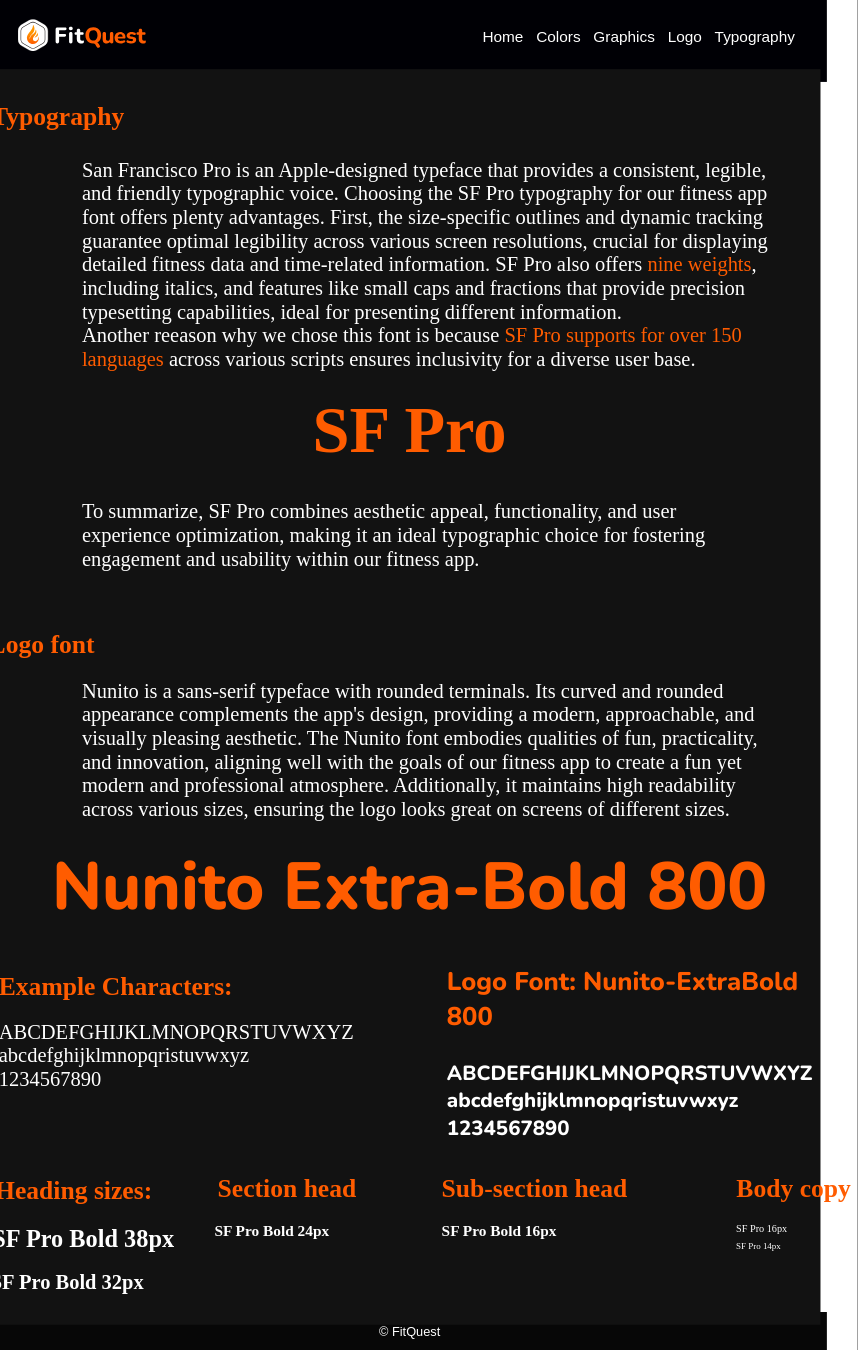
Repository: KyannaKrueger/a5styleguide
Page: /typography
The author's editor kept a copy of each file at every save. The page is drawn from the files as they stood at one save, then again after the next save.
The browser window is 1280 px wide. The page is 1340 px wide, so the pictures cover 1340 px, including what lies to the right of the window. The pictures show the whole page, at 64% of full size.
The project was rebuilt for these pictures with package versions that can differ from the ones it lists, and the page was loaded fresh each time. The framework's server and built-in components were replaced by stand-ins that run in the browser. Also part of the build but not shown: next.config.mjs.

Above is the page before, as saved 2024-04-09 11:09:50.

### pages/typography.js
import styles from "@/styles/typography.module.css";
import Header from "@/components/Header";
import Footer from "@/components/Footer";
import Head from 'next/head';

export default function Typography() {
    return (
      <>
      <Head>
        <title>Your Page Title</title>
        <link rel="preconnect" href="https://fonts.googleapis.com" />
        <link rel="preconnect" href="https://fonts.gstatic.com" crossOrigin="true" />
        <link href="https://fonts.googleapis.com/css2?family=Nunito:ital,wght@0,200..1000;1,200..1000&display=swap" rel="stylesheet" />
      </Head>
      <Header/>
        <main className={styles.typography}>
        <h1 className={styles.typoTitle}>Typography</h1>
        <p className={styles.typoText}>San Francisco Pro is an Apple-designed typeface that provides a consistent, legible, and friendly typographic voice.

            Choosing the SF Pro typography for our fitness app font offers plenty advantages. First, the size-specific outlines and dynamic tracking guarantee optimal legibility across various screen resolutions, crucial for displaying detailed fitness data and time-related information.

            SF Pro also offers <span className={styles.orange}>nine weights</span>, including italics, and features like small caps and fractions that provide precision typesetting capabilities, ideal for presenting different information.<br/>

            Another reeason why we chose this font is because  <span className={styles.orange}>SF Pro supports for over 150 languages</span> across various scripts ensures inclusivity for a diverse user base.</p>
        <h1 className={styles.bigSF}>SF Pro</h1>
        <p className={styles.typoText}>To summarize, SF Pro combines aesthetic appeal, functionality, and user experience optimization, making it an ideal typographic choice for fostering engagement and usability within our fitness app.</p>
        <h3 className={styles.logoH}>Logo font</h3>
        <p className={styles.logoTypoText}>Nunito is a sans-serif typeface with rounded terminals. Its curved and rounded appearance complements the app's design, providing a modern, approachable, and visually pleasing aesthetic. The Nunito font embodies qualities of fun, practicality, and innovation, aligning well with the goals of our fitness app to create a fun yet modern and professional atmosphere. Additionally, it maintains high readability across various sizes, ensuring the logo looks great on screens of different sizes.</p>
        <h1 className={styles.bigNuni}>Nunito Extra-Bold 800</h1>
        <div className={styles.exampleContainer}>
          <div className={styles.mainExContainer}>
              <h3 className={styles.characterH}>Example Characters:</h3>
              <p className={styles.characters}>ABCDEFGHIJKLMNOPQRSTUVWXYZ<br/>abcdefghijklmnopqristuvwxyz<br/>1234567890</p>
          </div>
          <div className={styles.logoExContainer}>
              <h3 className={styles.logoExH}>Logo Font: Nunito-ExtraBold 800</h3>
              <p className={styles.charactersLogo}>ABCDEFGHIJKLMNOPQRSTUVWXYZ<br/>abcdefghijklmnopqristuvwxyz<br/>1234567890</p>
          </div>
        </div>
        <h3 className={styles.headingH}>Heading sizes:</h3>
        <p className={styles.hOne}>SF Pro Bold 38px</p>
        <p className={styles.hTwo}>SF Pro Bold 32px</p>
        <div className={styles.subContainer}>
          <div className={styles.subConOne}>
            <h3 className={styles.sec}>Section head</h3>
            <p className={styles.secH}>SF Pro Bold 24px</p>
          </div>
          <div className={styles.subCon}>
            <h3 className={styles.secSub}>Sub-section head</h3>
            <p className={styles.sub}>SF Pro Bold 16px</p>
          </div>
          <div className={styles.bodyContainer}>
            <h3 className={styles.bodyCopy}>Body copy</h3>
            <p className={styles.bodyOne}>SF Pro 16px</p>
            <p className={styles.bodyTwo}>SF Pro 14px</p>
          </div>
        </div>
        </main>
        <Footer/>
      </>
    );
  }

### styles/typography.module.css
.typography {
    display: flex;
    flex-direction: column;
    align-items: center;
    text-align: left;
    padding: 6rem;
    min-height: 90vh;
    background-color: #121212;
    margin:-10px;
    padding: 0px;
    font-family: SF pro;
    position: relative;
  }

  .typoTitle{
    color: #ff5c00;
    margin-left: -1100px;
    margin-bottom: -8px;
    margin-top: 50px;
    font-size: 40px;
  }

  .orange {
    color: #ff5c00;
  }

  .typoText {
    color:#ffffff;
    font-family: SF pro;
    font-size: 32px;
    padding: 80px;
    margin-top: -30px;
    margin-left: 50px;
  }

  .bigSF {
    color: #ff5c00;
    font-size: 104px;
    margin-top: -80px;
    margin-bottom: 0px;
  }

  .logoH{
    color: #ff5c00;
    text-align: left;
    margin-left: -1150px;
    margin-top: -20px;
    margin-bottom: -20px;
    font-size: 40px;
  }

  .logoTypoText{
    color:#ffffff;
    font-family: SF pro;
    font-size: 32px;
    padding: 80px;
    margin-top: -30px;
    margin-left: 50px;
  }

  .bigNuni{
    color: #ff5c00;
    font-size: 104px;
    margin-top: -80px;
    margin-bottom: 0px;
    font-family: Nunito;
    font-weight: 800;
    margin-bottom: 100px;
  }

  .characterH {
    color: #ff5c00;
    text-align: left;
    margin-left: -700px;
    margin-top: -40px;
    font-size: 40px;
  }

.characters {
    color: #ffffff;
    margin-left: -700px;
    margin-top: -10px;
    font-size: 32px;
}

.headingH {
    color: #ff5c00;
    text-align: left;
    margin-left: -1050px;
    margin-top: 20px;
    font-size: 40px;
  }

.exampleContainer {
    display: flex;
    flex-direction: row;
    justify-content: space-between;
    margin-left: 700px;
}

.mainExContainer {
    display: flex;
    flex-direction: column;
}

.logoExContainer {
    display: flex;
    flex-direction: column;
    margin-top: -50px;
}

.logoExH {
    color: #ff5c00;
    text-align: left;
    margin-left: 0px;
    margin-top: 0px;
    font-family: Nunito;
    font-weight: 800;
    font-size: 40px;
  }

  .charactersLogo{
    color: #ffffff;
    margin-left: 0px;
    margin-top: 0px;
    font-family: Nunito;
    font-weight: 800;
    font-size: 32px;
}

.headingDescript {
    color: #fff;
    margin-left: -650px;
    margin-top: -10px;
    font-size: 32px;
}

.hOne {
    font-family: SF Pro;
    font-weight:bold;
    color:#fff;
    font-size: 38px;
    margin-left: -1020px;
    margin-top: -10px;
}

.hTwo {
    font-family: SF Pro;
    font-weight:bold;
    color:#fff;
    font-size: 32px;
    margin-left: -1070px;
    margin-top: -10px;
}

.subContainer {
    display: flex;
    flex-direction: row;
    justify-content: space-between;
    margin-left:400px;
    margin-top: -260px;
    width: 1000px;
    margin-bottom: 100px;
}

.subConOne {
 display: flex;
 flex-direction: row;
 display: flex;
 flex-direction: column;
 align-items: flex-start;
 width: 1000px;
 margin-left: 0px;
}

.sec {
  color: #ff5c00;
  font-size: 40px;
  margin-left: 00px;
}

.secH {
  color: #fff;
  font-size: 24px;
  font-weight: bold;
  margin-left: -5px;
  margin-top: -10px;
}

.subCon {
  display: flex;
  flex-direction: column;
  align-items: flex-start;
  margin-left: 700px;
  margin-right: 50px;
}

.secSub {
  color: #ff5c00;
  font-size: 40px;
  margin-left: -600px;
}

.sub {
  color: #fff;
  font-size: 24px;
  font-weight: bold;
  margin-left: -600px;
  margin-top: -10px;
}

.bodyContainer {
  display: flex;
  flex-direction: column;
  align-items: center;
}

.bodyCopy {
  color: #ff5c00;
  font-size: 40px;
  margin-left: -200px;
}

.bodyOne {
  color: #fff;
  font-size: 16px;
  margin-left: -300px;
  margin-top: -10px;
}

.bodyTwo {
  color: #fff;
  font-size: 14px;
  margin-left: -310px;
  margin-top: -5px;
}

### components/Header/index.js
import styles from './header.module.css';
import Link from 'next/link';

export default function Header() {
  return (
    <>
      <main className={styles.header}>
        <div className={styles.logoContainer}>
          <Link href="/">
            <img src="/fQDarkLogo.svg" className={styles.logo} alt="FitQuest Logo" />
          </Link>
        </div>
        <nav className={styles.navBarContainer}>
          <ul className={styles.navBar}>
            <li className={styles.navItem}>
              <Link href="/" className={styles.headLink}>
                Home
              </Link>
            </li>
            <li className={styles.navItem}>
              <Link href="/colors" className={styles.headLink}>
                Colors
              </Link>
            </li>
            <li className={styles.navItem}>
              <Link href="/graphics" className={styles.headLink}>
                Graphics
              </Link>
            </li>
            <li className={styles.navItem}>
              <Link href="/logo" className={styles.headLink}>
                Logo
              </Link>
            </li>
            <li className={styles.navItem}>
              <Link href="/typography" className={styles.headLink}>
                Typography
              </Link>
            </li>
          </ul>
        </nav>
      </main>
    </>
  );
}

### components/Footer/index.js
import styles from './footer.module.css';

export default function Footer() {
  return (
    <>
      <main className={styles.footer}>
      <p className={styles.rights}>© FitQuest</p>
      </main>
    </>
  );
}

### components/Header/header.module.css
.header {
        background-color: #000005;
        color: #fff;
        font-family: 'Lucida Sans', 'Lucida Sans Regular', 'Lucida Grande', 'Lucida Sans Unicode', Geneva, Verdana, sans-serif;
        font-size: 24px;
        height: 140px;
        display: flex;
        justify-content: space-between;
        align-items: center;
        margin: -20px;
      }

      .logoContainer {
        margin-left: 40px;
      }

      .logo {
        width: 200px;
        height: auto;
      }

      .navBarContainer {
        margin-right: 40px;
      }

      .navBar {
        list-style-type: none;
        display: flex;
        justify-content: flex-end;
        padding: 0;
        margin: 0;
      }

      .navItem {
        padding: 0 10px;
      }

      .headLink {
        color: #fff;
        text-decoration: none;
        font-family: 'SF Pro', sans-serif;
      }

      .headLink:hover {
        color: #FF5C00;
      }

### components/Footer/footer.module.css
.footer {
  background-color: #070707;
  height: 60px;
  display: flex;
  justify-content: flex-start;
  flex-direction: row;
  align-items: center;
  margin:-20px;
  }

.rights {
  color: #fff;
  font-size: 20px;
  font-family: Arial, Helvetica, sans-serif;
  margin: auto;
}

Loaded but not shown: pages/_app.js (common file); pages/_document.js (common file); styles/globals.css (common file)

After the next save:
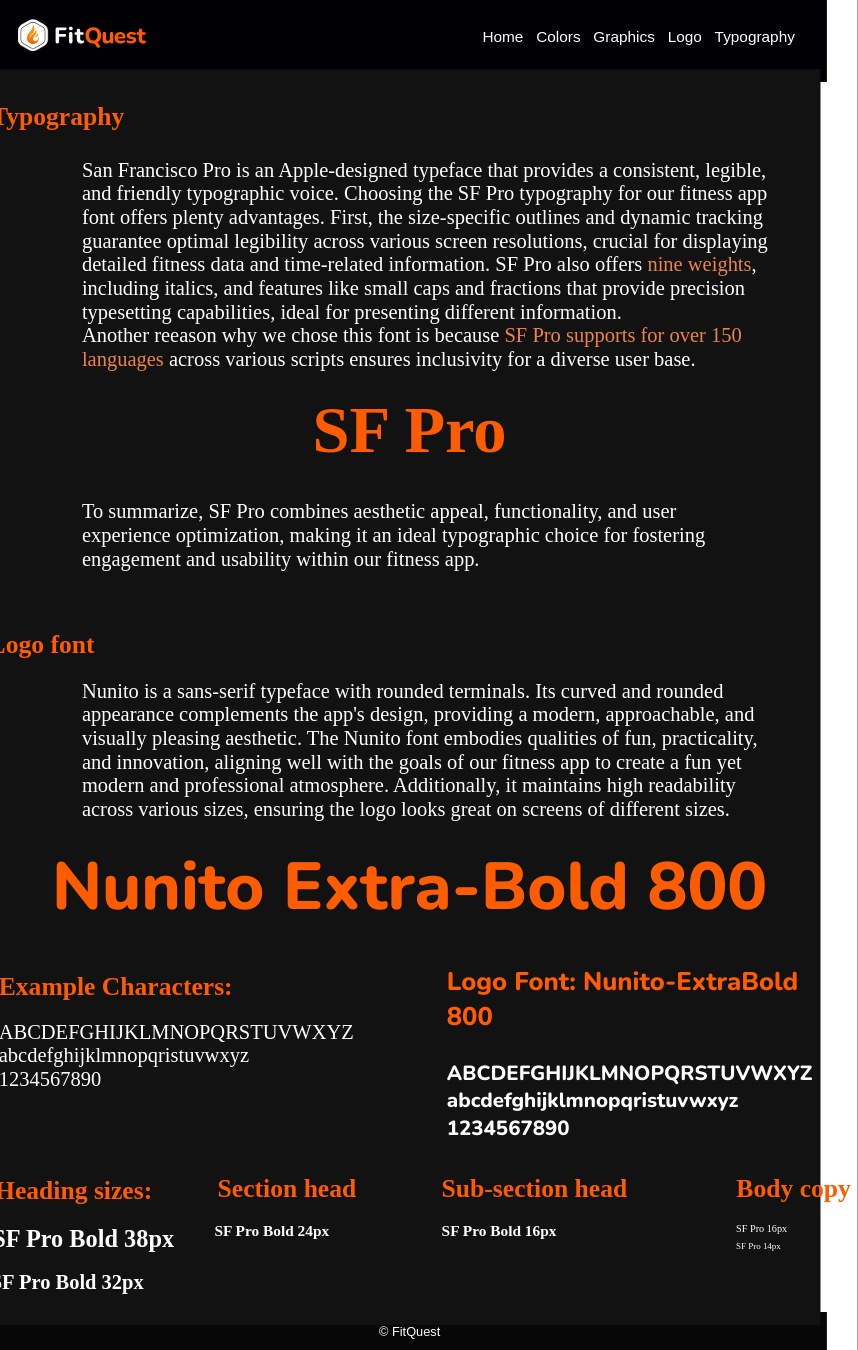
Saved 2 min 23 s later.
--- a/styles/typography.module.css
+++ b/styles/typography.module.css
@@ -21,7 +21,7 @@
   }
 
   .orange {
-    color: #ff5c00;
+    color: #ee8446;
   }
 
   .typoText {
